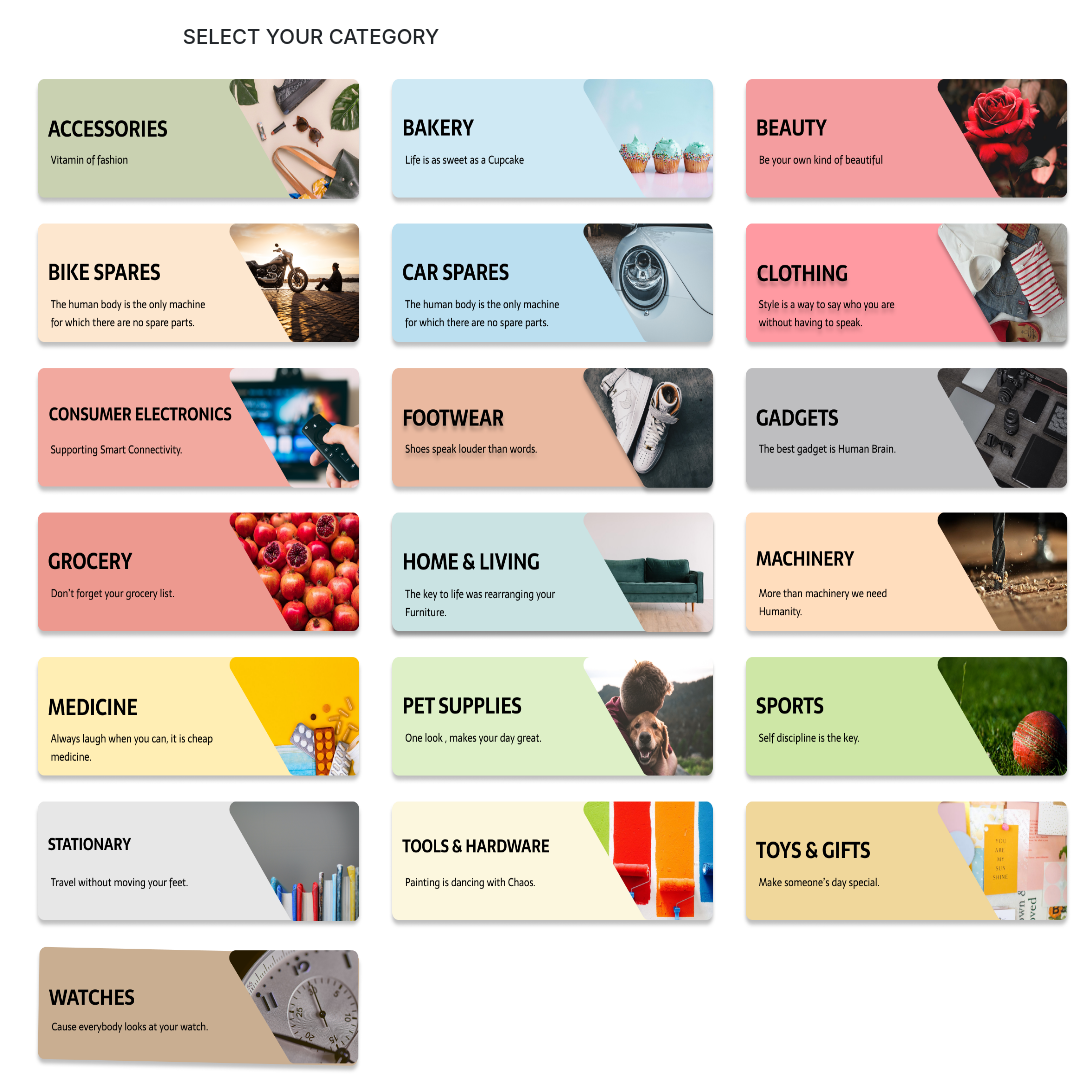
Repository: simranbhurat/WhiteLeaf
Page: frontend/category.html
The author's editor kept a copy of each file at every save. The page is drawn from the files as they stood at one save, then again after a run of saves.
The browser window is 1280 px wide. The pictures show the whole page, at 85% of full size.
Some web libraries are served in a nearby version.

Above is the page before, as saved 2020-07-24 23:06:27.

### frontend/category.html
<!doctype html>
<html lang="en">

<head>
    <!-- Required meta tags -->
    <meta charset="utf-8">
    <meta name="viewport" content="width=device-width, initial-scale=1">

    <!-- Bootstrap CSS -->
    <link rel="stylesheet" href="https://stackpath.bootstrapcdn.com/bootstrap/4.5.0/css/bootstrap.min.css"
        integrity="sha384-9aIt2nRpC12Uk9gS9baDl411NQApFmC26EwAOH8WgZl5MYYxFfc+NcPb1dKGj7Sk" crossorigin="anonymous">
    <link href="css/styles.css" rel="stylesheet" />

    <title>Category</title>
    <script>
        // Each image has a id, and that is set in the cookie
        function setCategory(id) {
            document.cookie = "category=" + id;
        }
    </script>

</head>

<body>

    <div class="container-fluid">
        <h4 class="mb-4 cen" text-align:center>SELECT YOUR CATEGORY</h4>
        <form class="needs-validation" novalidate class="modal-content animate">
            <div class="container-fluid">

                <div class="row">
                    <div class="col-4" id="arrow">
                        <a href="new.html"><img src="images/accessories.png" class="img-rounded"
                                style="width:100%; height:150px; margin:10px ; object-fit: fill;" onclick="setCategory(this.id)"
                                id="accessories"></a>
                    </div>
                    <div class="col-4" id="arrow">
                        <a href="new.html"><img src="images/bakery.png" class="img-rounded"
                                style="width:100%; height:150px; margin:10px; object-fit: fill;" onclick="setCategory(this.id)"
                                id="bakery"></a>
                    </div>
                    <div class="col-4" id="arrow">
                        <a href="new.html"><img src="images/beauty.png" class="img-rounded"
                                style="width:100%; height:150px; margin:10px; object-fit: fill;" onclick="setCategory(this.id)"
                                id="beauty"></a>
                    </div>

                </div>
                <div class="row">
                    <div class="col-4" id="arrow">
                        <a href="new.html"><img src="images/bike_spares.png" class="img-rounded"
                                style="width:100%; height:150px; margin:10px; object-fit: fill;" onclick="setCategory(this.id)"
                                id="bike_spares"></a>
                    </div>
                    <div class="col-4" id="arrow">
                        <a href="new.html"><img src="images/car_spares.png" class="img-rounded"
                                style="width:100%; height:150px; margin:10px; object-fit: fill;" onclick="setCategory(this.id)"
                                id="car_spares"></a>
                    </div>
                    <div class="col-4" id="arrow">
                        <a href="new.html"><img src="images/clothing.png" class="img-rounded"
                                style="width:100%; height:150px; margin:10px; object-fit: fill;" onclick="setCategory(this.id)"
                                id="clothing"></a>
                    </div>
                </div>



                <div class="row">


                    <div class="col-4" id="arrow">
                        <a href="new.html"><img src="images/consumer_electronics.png" class="img-rounded"
                                style="width:100%; height:150px; margin:10px; object-fit: fill;" onclick="setCategory(this.id)"
                                id="consumer_electronics"></a>
                    </div>
                    <div class="col-4" id="arrow">
                        <a href="new.html"><img src="images/footwear.png" class="img-rounded"
                                style="width:100%; height:150px; margin:10px; object-fit: fill;" onclick="setCategory(this.id)"
                                id="footwear"></a>
                    </div>
                    <div class="col-4" id="arrow">
                        <a href="new.html"><img src="images/gadgets.png" class="img-rounded"
                                style="width:100%; height:150px; margin:10px; object-fit: fill;" onclick="setCategory(this.id)"
                                id="gadgets"></a>
                    </div>

                </div>



                <div class="row">


                    <div class="col-4" id="arrow">
                        <a href="new.html"><img src="images/grocery.png" class="img-rounded"
                                style="width:100%; height:150px; margin:10px; object-fit: fill;" onclick="setCategory(this.id)"
                                id="grocery"></a>
                    </div>

                    <div class="col-4" id="arrow">
                        <a href="new.html"><img src="images/home_and_living.png" class="img-rounded"
                                style="width:100%; height:150px; margin:10px; object-fit: fill;" onclick="setCategory(this.id)"
                                id="home_and_living"></a>
                    </div>
                    <div class="col-4" id="arrow">
                        <a href="new.html"><img src="images/machinery.png" class="img-rounded"
                                style="width:100%; height:150px; margin:10px; object-fit: fill;" onclick="setCategory(this.id)"
                                id="machinery"></a>
                    </div>

                </div>

                <div class="row">
                    <div class="col-4" id="arrow">
                        <a href="new.html"><img src="images/medicine.PNG" class="img-rounded"
                                style="width:100%; height:150px; margin:10px; object-fit: fill;" onclick="setCategory(this.id)"
                                id="medicine"></a>
                    </div>
                    <div class="col-4" id="arrow">
                        <a href="new.html"><img src="images/pet_supplies.png" class="img-rounded"
                                style="width:100%; height:150px; margin:10px; object-fit: fill;" onclick="setCategory(this.id)"
                                id="pet_supplies"></a>
                    </div>
                    <div class="col-4" id="arrow">
                        <a href="new.html"><img src="images/sports.png" class="img-rounded"
                                style="width:100%; height:150px; margin:10px; object-fit: fill;" onclick="setCategory(this.id)"
                                id="sports"></a>
                    </div>


                </div>

                <div class="row">
                    <div class="col-4" id="arrow">
                        <a href="new.html"><img src="images/stationary.png" class="img-rounded"
                                style="width:100%; height:150px; margin:10px; object-fit: fill;" onclick="setCategory(this.id)"
                                id="stationary"></a>
                    </div>
                    <div class="col-4" id="arrow">
                        <a href="new.html"><img src="images/tools_and_hardware.png" class="img-rounded"
                                style="width:100%; height:150px; margin:10px; object-fit: fill;" onclick="setCategory(this.id)"
                                id="tools_and_hardware"></a>
                    </div>
                    <div class="col-4" id="arrow">
                        <a href="new.html"><img src="images/toys_and_gifts.png" class="img-rounded"
                                style="width:100%; height:150px; margin:10px; object-fit: fill;" onclick="setCategory(this.id)"
                                id="toys_and_gifts"></a>

                    </div>

                    <div class="row">

                    </div>
                    <div class="col-4" id="arrow">
                        <a href="new.html"><img src="images/watches.png" class="img-rounded"
                                style="width:100%; height:150px; margin:10px; object-fit: fill;" onclick="setCategory(this.id)"
                                id="watches"></a>
                    </div>

                </div>


            </div>

        </form>
    </div>


    <!-- Optional JavaScript -->
    <!-- jQuery first, then Popper.js, then Bootstrap JS -->
    <script src="https://code.jquery.com/jquery-4.5.1.slim.min.js"
        integrity="sha384-DfXdz2htPH0lsSSs5nCTpuj/zy4C+OGpamoFVy38MVBnE+IbbVYUew+OrCXaRkfj"
        crossorigin="anonymous"></script>
    <script src="https://cdn.jsdelivr.net/npm/popper.js@1.16.0/dist/umd/popper.min.js"
        integrity="sha384-Q6E9RHvbIyZFJoft+2mJbHaEWldlvI9IOYy5n3zV9zzTtmI3UksdQRVvoxMfooAo"
        crossorigin="anonymous"></script>
    <script src="https://ajax.googleapis.com/ajax/libs/jquery/4.5.1/jquery.min.js"></script>
    <script src="https://maxcdn.bootstrapcdn.com/bootstrap/4.4.1/js/bootstrap.min.js"></script>
    <script src="https://stackpath.bootstrapcdn.com/bootstrap/4.5.0/js/bootstrap.min.js"
        integrity="sha384-OgVRvuATP1z7JjHLkuOU7Xw704+h835Lr+6QL9UvYjZE3Ipu6Tp75j7Bh/kR0JKI"
        crossorigin="anonymous"></script>
</body>

</html>

Loaded but not shown: frontend/css/styles.css (library)

After the next 2 saves:
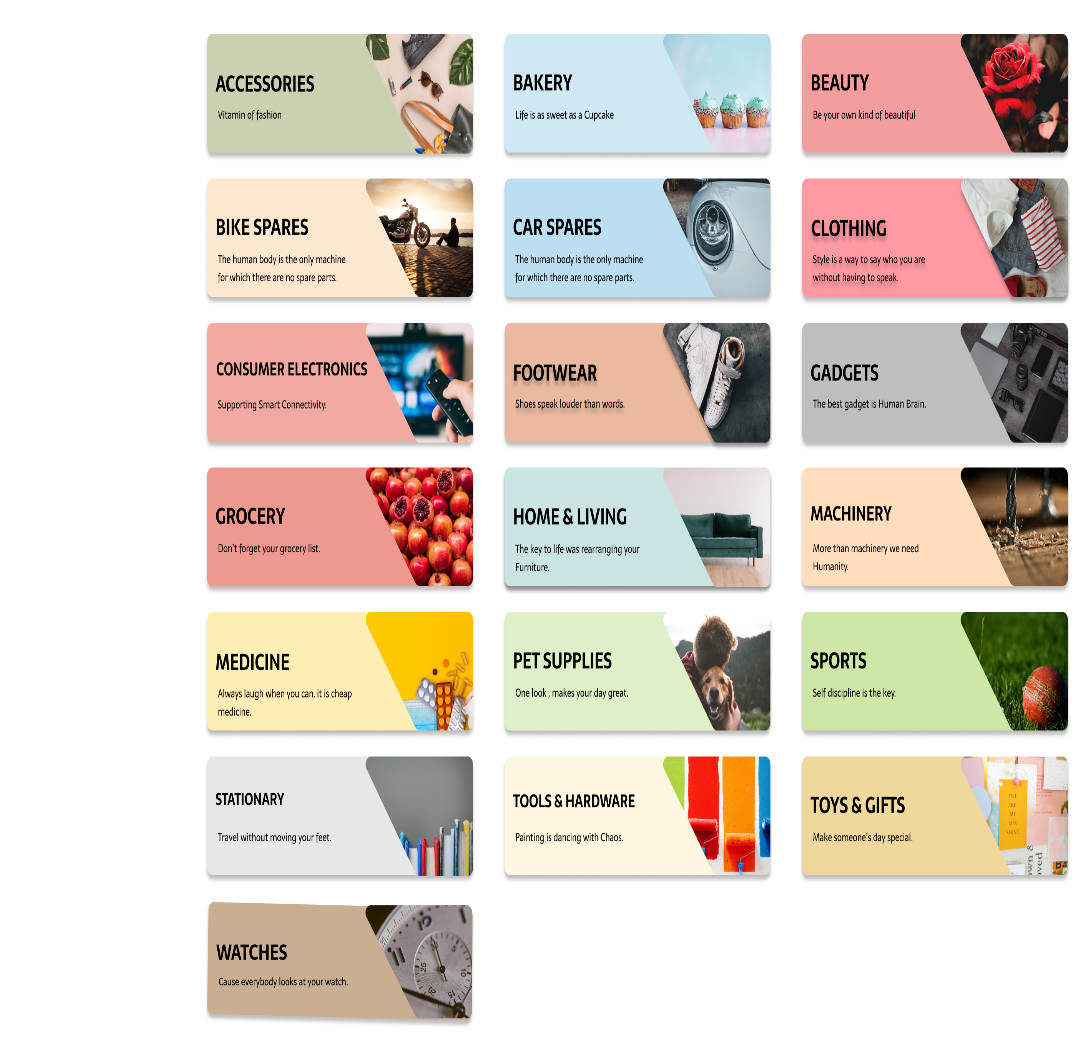
The 2 saves are shown as one change because they came seconds apart.
The last was saved 20 s later.
--- a/frontend/category.html
+++ b/frontend/category.html
@@ -24,7 +24,7 @@
 <body>
 
     <div class="container-fluid">
-        <h4 class="mb-4 cen" text-align:center>SELECT YOUR CATEGORY</h4>
+        <h4 class="mb-4 cen" style="text-align:center>SELECT YOUR CATEGORY</h4>
         <form class="needs-validation" novalidate class="modal-content animate">
             <div class="container-fluid">
 

After the save that followed:
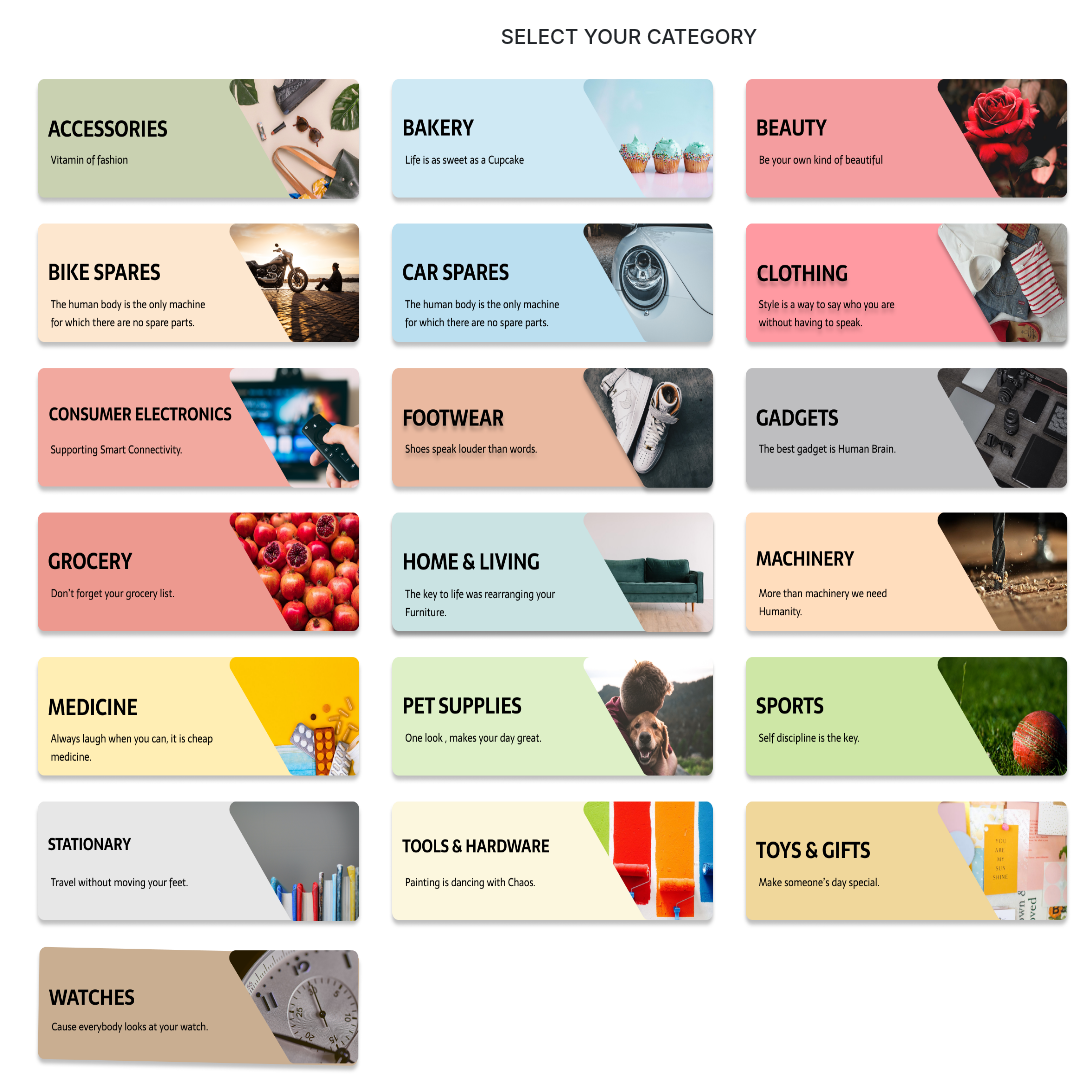
Saved 9 s later.
--- a/frontend/category.html
+++ b/frontend/category.html
@@ -24,7 +24,7 @@
 <body>
 
     <div class="container-fluid">
-        <h4 class="mb-4 cen" style="text-align:center>SELECT YOUR CATEGORY</h4>
+        <h4 class="mb-4 cen" style="text-align:center">SELECT YOUR CATEGORY</h4>
         <form class="needs-validation" novalidate class="modal-content animate">
             <div class="container-fluid">
 
